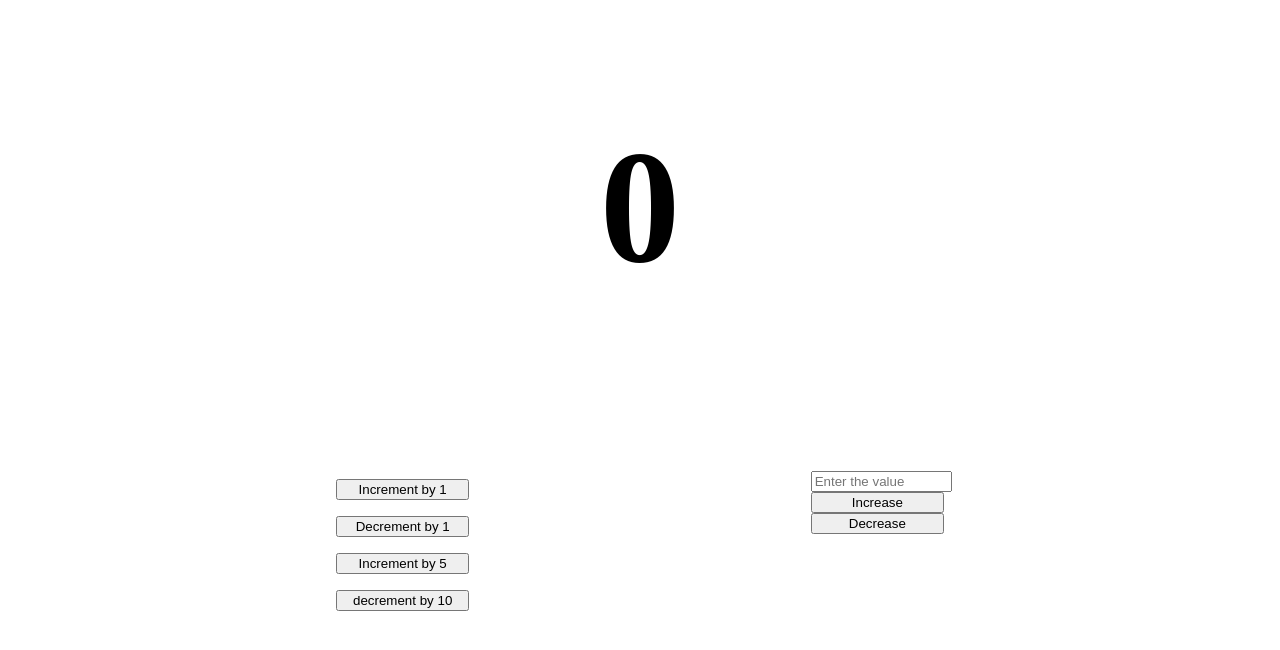
Repository: drumsmanku/micro-project-2
Page: index.html
These files come from the project's save history. The page is drawn as it stood at one moment and after the next save; the edit follows.
The browser window is 1280 px wide. The pictures show the whole page.

Above is the page before, as saved 2023-04-07 19:43:15.

### index.html
<!DOCTYPE html>
<html lang="en">
<head>
  <meta charset="UTF-8">
  <meta http-equiv="X-UA-Compatible" content="IE=edge">
  <meta name="viewport" content="width=device-width, initial-scale=1.0">
  <link rel="stylesheet" href="style.css">
  <title>micro Project 2</title>
</head>
<body>
  <div class="my-elements">
    <h1 id="h1-tag">0</h1>
    <div class="second-part">
      <div class="second-first-part">
        <button id="clicked-1">Increment by 1</button>
        <button id="clicked-2">Decrement by 1</button>
        <button id="clicked-3">Increment by 5</button>
        <button id="clicked-4">decrement by 10</button>
      </div>
      <div class="second-second-part">
        <input type="number" name="num" id="num" placeholder="Enter the value">
        <button id="inc-dec-1">Increase</button>
        <button id="inc-dec-2">Decrease</button>
      </div>

    </div>
  </div>
</body>
</html>

### style.css
.my-elements{
  display: flex;
  justify-content: center;
  text-align: center;
  flex-direction: column;
}
.my-elements h1{
  font-size: 10rem;
}

.second-part{
  display: flex;

  flex-wrap: wrap;
  margin-top: 4rem;
  justify-content: space-between;
}

.second-first-part{
  display: flex;
  flex-direction: column;
  margin-left: 20rem;

}

.second-first-part button{
  width: 10em;
  margin: 0.5rem;
}

.second-second-part{
  display: flex;
  flex-direction: column;
  margin-right: 20rem;
}

.second-second-part button,input{
  width: 10em;
}

After the next save:
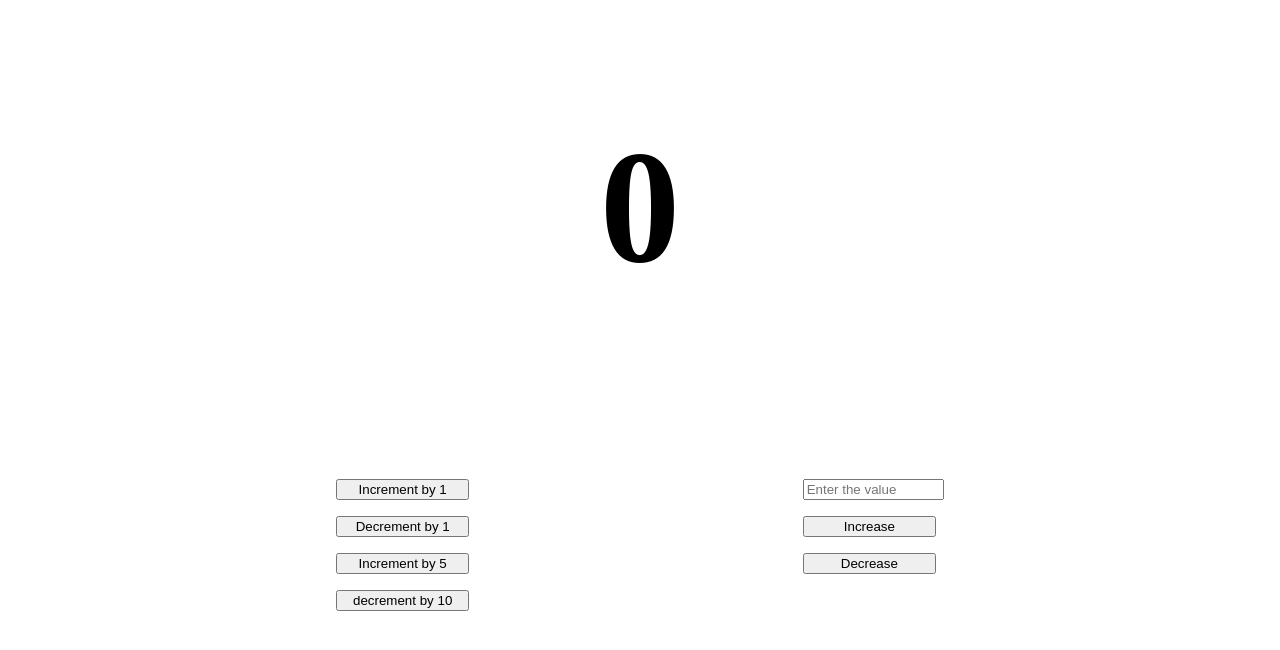
Saved 11 s later.
--- a/style.css
+++ b/style.css
@@ -36,4 +36,5 @@
 
 .second-second-part button,input{
   width: 10em;
+  margin: 0.5rem;
 }
